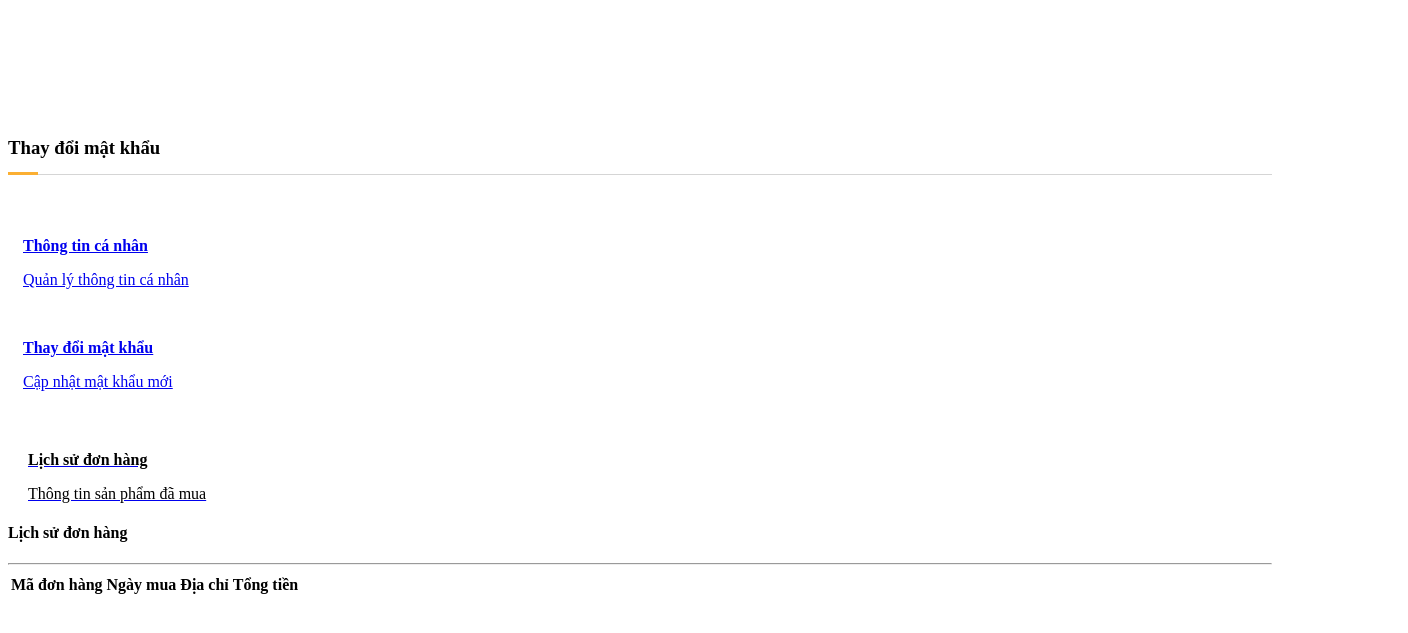
Repository: nguyengiabao245/NHOM3_C2
Page: http://localhost/DoAnJava/WEB-INF/views/order/list.jsp
These files come from the project's save history. The page is drawn as it stood at one moment and after the next save; the edit follows.
The browser window is 1280 px wide. The page is 1408 px wide, so the pictures cover 1408 px, including what lies to the right of the window. The pictures show the whole page.
The page is served by Tomcat 9. Nobody is signed in. The template is opened directly, without the code that normally fills it, so the values that code supplies are empty.

Above is the page before, as saved 2022-05-12 09:14:37.

### DoAnJava/src/main/webapp/WEB-INF/views/order/list.jsp
<%@ page pageEncoding="utf-8"%>
<%@ taglib uri="http://java.sun.com/jstl/core_rt" prefix="c"%>
<%@ taglib uri="http://java.sun.com/jstl/fmt_rt" prefix="f"%>
<%@ taglib prefix="fmt" uri="http://java.sun.com/jsp/jstl/fmt"%>



<div class="container" style="margin-bottom: 25px;margin-top:100px">
	<br>

	<h3 class="title" style="font-weight: 700">Thay đổi mật khẩu</h3>
	<br>


	<div class="row">
		<div class="col-sm-4">

			<li class="nav-item2 " style="list-style-type: none;"><a
				class="nav-link collapsed" href="/account/edit"
				ata-toggle="collapse" id="i">
					<div class="row">
						<div class="col-sm-2">
							<i class="fas fa-info-circle"
								style="font-size: 30px; padding: 12px 5px; color: black;"></i>
						</div>
						<div class="col-sm-10" style="padding: 0px 15px;">
							<span> <b>Thông tin cá nhân</b>
								<p>Quản lý thông tin cá nhân</p>
							</span>
						</div>
					</div>
			</a></li>

			<li class="nav-item2 " style="list-style-type: none;"><a
				class="nav-link collapsed" href="/account/change"
				data-toggle="collapse" data-target="#collapseNews"
				aria-expanded="true" aria-controls="collapseNews">
					<div class="row">
						<div class="col-sm-2">
							<i class="fas fa-key"
								style="font-size: 30px; padding: 12px 5px; color: rgb(255, 208, 0);"></i>
						</div>
						<div class="col-sm-10" style="padding: 0px 15px;">
							<span> <b>Thay đổi mật khẩu</b>
								<p>Cập nhật mật khẩu mới</p>
							</span>
						</div>
					</div>
			</a></li>
			<div class="quan-li-thong-tin">
				<li class="nav-item2 active" style="list-style-type: none;"><a
					class="nav-link collapsed" href="/order/list"
					data-target="#collapseTwo" aria-expanded="true"
					aria-controls="collapseTwo">
						<div class="row">
							<div class="col-sm-2">
								<i class="fas fa-shopping-cart"
									style="font-size: 30px; padding: 12px 5px; color: brown;"></i>
							</div>
							<div class="col-sm-10" style="padding: 0px 15px;">
								<span> <b>Lịch sử đơn hàng</b>
									<p>Thông tin sản phẩm đã mua</p>
								</span>
							</div>
						</div>
				</a></li>
			</div>
		</div>

		<div class="col-sm-8">
			<div class="ct1">
				<div>
					<h4 style="font-weight: 600">Lịch sử đơn hàng</h4>
					<hr>
					<table class="table table-striped table-bordered table-hover" id="dataTables-example">
						<thead>
							<tr>
								<th>Mã đơn hàng</th>
								<th>Ngày mua</th>
								<th>Địa chỉ</th>
								<th>Tổng tiền</th>
								<th></th>
							</tr>
						</thead>
						<tbody>
							<c:forEach var="o" items="${orders}">
								<tr>
									<td>${o.id}</td>
									<td><fmt:formatDate type="both" dateStyle="short"
											timeStyle="short" value="${o.orderDate}" /></td>
									<td>${o.address }</td>
									<td><f:formatNumber value="${o.amount}" pattern="#,###" />
										VNĐ</td>
									<td><a href="/order/detail/${o.id}"
										class="btn btn-sm btn-warning"> Chi tiết </a></td>
								</tr>
							</c:forEach>

						</tbody>
					</table>
				</div>
			</div>
		</div>

	</div>
</div>




<style>
.dang-nhap {
	background-color: white;
	padding: 30px 120px;
	margin: 0 auto;
	width: 60%;
}

h3.title {
	margin-bottom: 10px;
	padding-bottom: 15px;
	border-bottom: 1px solid #d5d5d5;
	position: relative
}

h3.title:after {
	content: '';
	display: block;
	width: 30px;
	height: 3px;
	background-color: #fbaf32;
	position: absolute;
	left: 0;
	bottom: -1px
}

.title-h h3 {
	font-weight: bolder;
}

.quan-li-thong-tin .active {
	background-color: white;
	width: 110%;
	padding: 10px 5px 0px;
	border-radius: 5px;
}

.gach {
	background-color: blue;
	width: 100px;
}

.quan-li-thong-tin .active span {
	color: black;
}
</style>

After the next save:
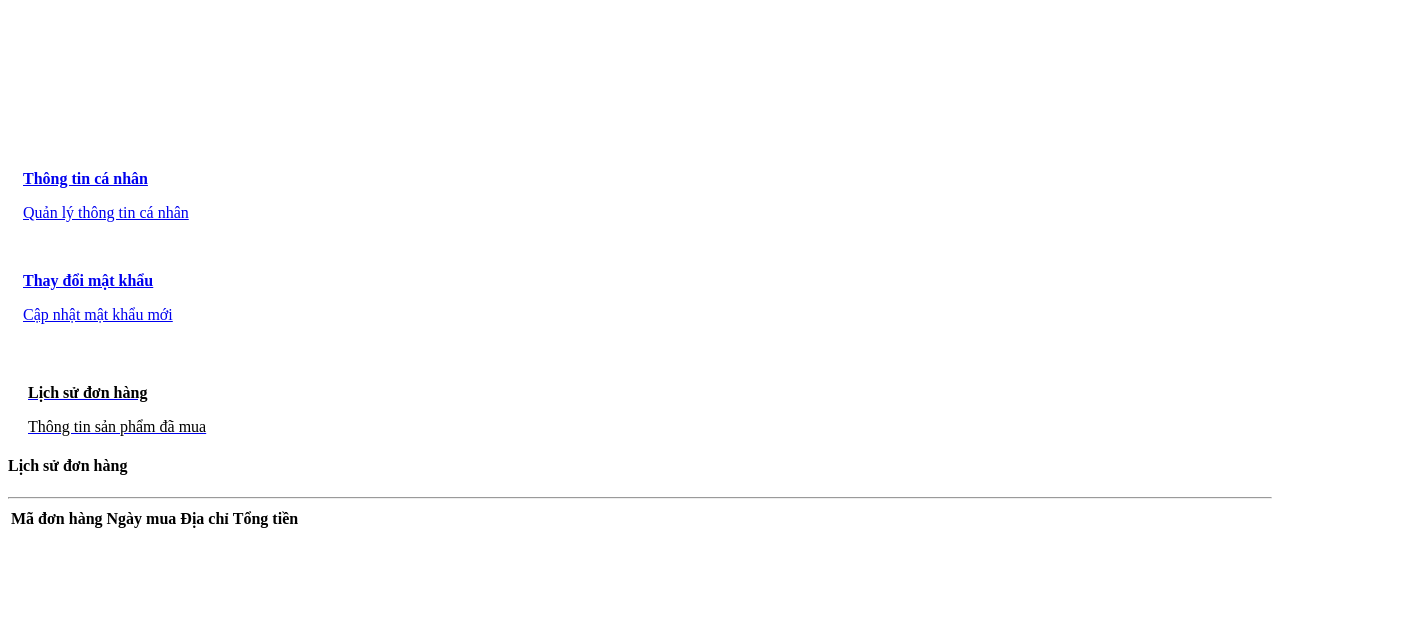
Saved 26 s later.
--- a/DoAnJava/src/main/webapp/WEB-INF/views/order/list.jsp
+++ b/DoAnJava/src/main/webapp/WEB-INF/views/order/list.jsp
@@ -8,7 +8,6 @@
 <div class="container" style="margin-bottom: 25px;margin-top:100px">
 	<br>
 
-	<h3 class="title" style="font-weight: 700">Thay đổi mật khẩu</h3>
 	<br>
 
 
